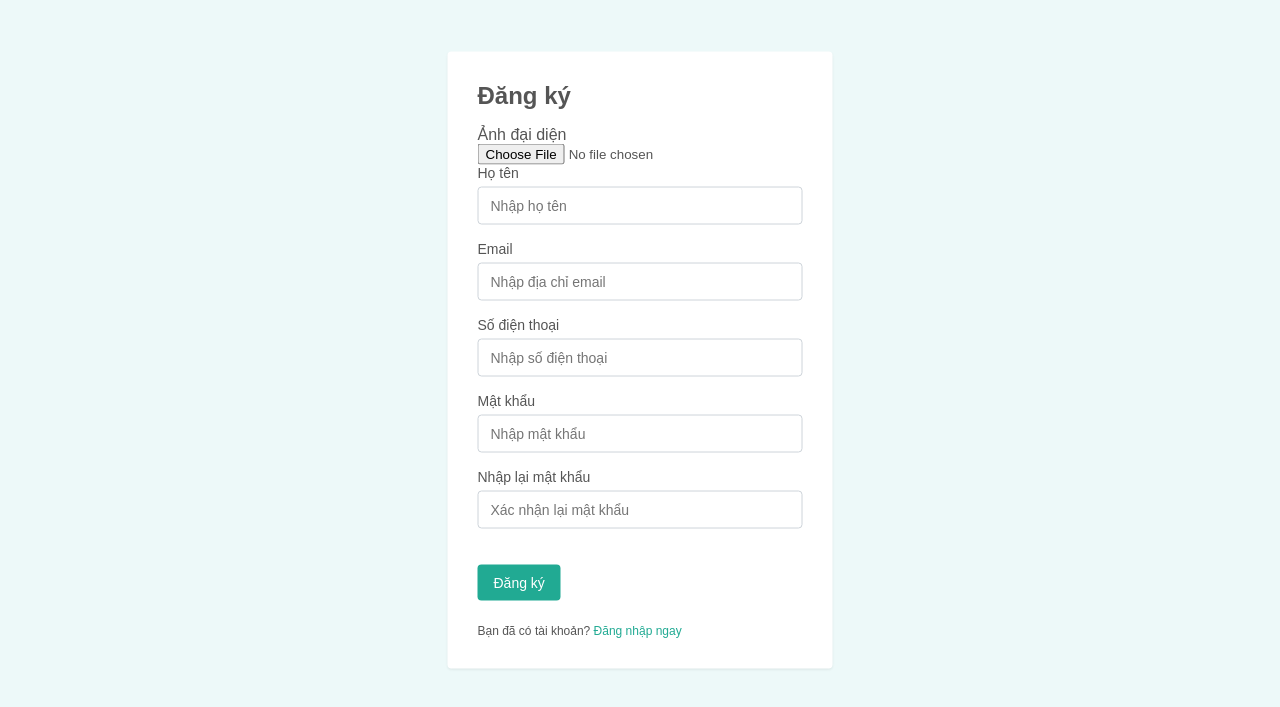
Repository: ntq25012002/chat-app
Page: /register
The author's editor kept a copy of each file at every save. The page is drawn from the files as they stood at one save, then again after the next save.
The browser window is 1280 px wide. The pictures show the whole page.
The project was rebuilt for these pictures with package versions that can differ from the ones it lists, and the page was loaded fresh each time. Also part of the build but not shown: src/pages/Home/Home.module.scss, src/pages/Home/index.js, src/pages/Login/Login.module.scss, src/pages/Login/index.js, src/pages/Profile/index.js, src/pages/Chat/index.js, src/layouts/components/SideBar/SideBar.module.scss, src/layouts/components/SideBar/index.js and 2 more. Imported but missing from the stored project, and not drawn on this page: src/layouts/components/SideBar/SideBarListChat.

Above is the page before, as saved 2023-05-25 10:40:44.

After the next save:
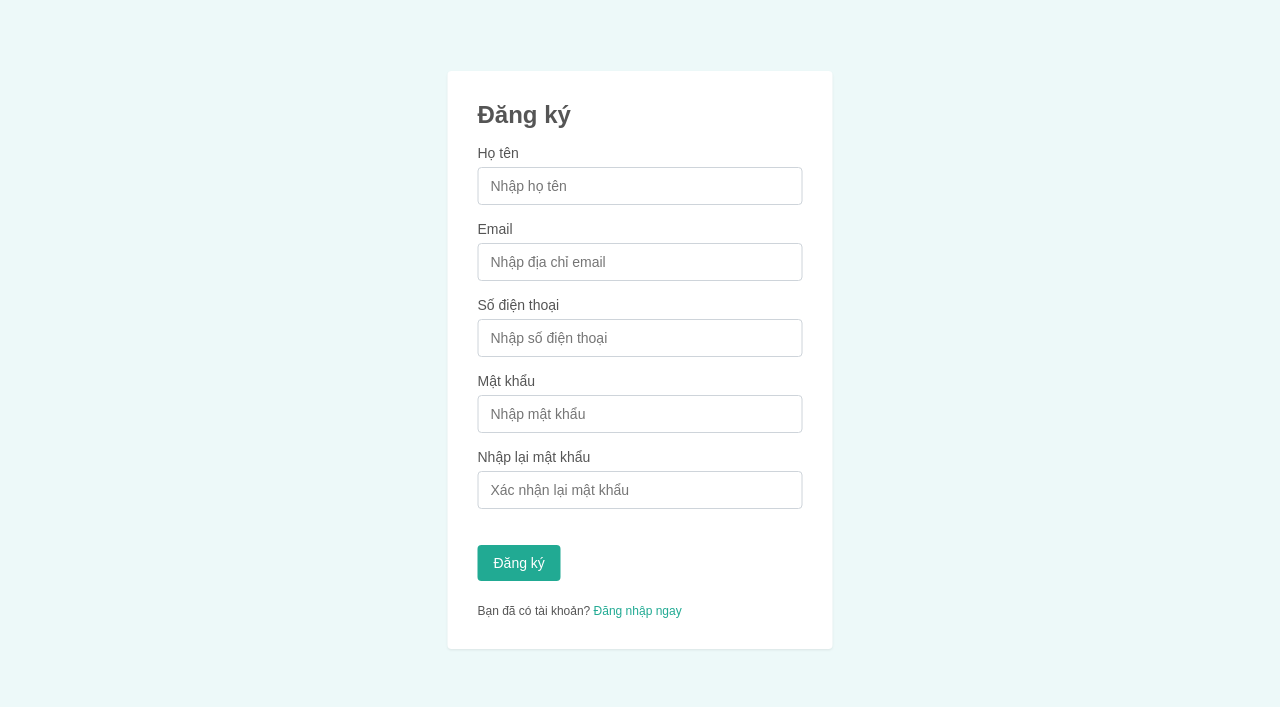
Saved 4 h 22 min later.
--- a/src/layouts/components/AuthForm/index.js
+++ b/src/layouts/components/AuthForm/index.js
@@ -42,8 +42,8 @@ function AuthForm( {...props} ) {
                 isValid = false;
               }
 
-              if (!formData.phoneNumber) {
-                newErrors.phoneNumber = 'Phone number is required';
+              if (!formData.phone) {
+                newErrors.phone = 'Nhập số điện thoại';
                 isValid = false;
               }
         }
@@ -55,8 +55,7 @@ function AuthForm( {...props} ) {
       const handleSubmit = (e) => {
         e.preventDefault();
         const data = new FormData(formRef.current);
-        console.log(data);
-        return;
+
         if (validateForm()) {
             props.onSubmit(formData);
         } else {
@@ -107,10 +106,10 @@ function AuthForm( {...props} ) {
                         {   //Register form
                             props.registerForm && (
                                 <>
-                                    <div className={cx('form-group')}>
+                                    {/* <div className={cx('form-group')}>
                                         <label className={cx('form-label-file')}>Ảnh đại diện</label>
                                         <input type="file" onChange={handleInputChange} accept='image/*' name='avatar'/>
-                                    </div>
+                                    </div> */}
                                     <div className={cx('form-group')}>
                                         <label className={cx('form-label')}>Họ tên</label>
                                         <input type="text"  onChange={handleInputChange} name='name' className={cx('form-control')} placeholder='Nhập họ tên'/>
